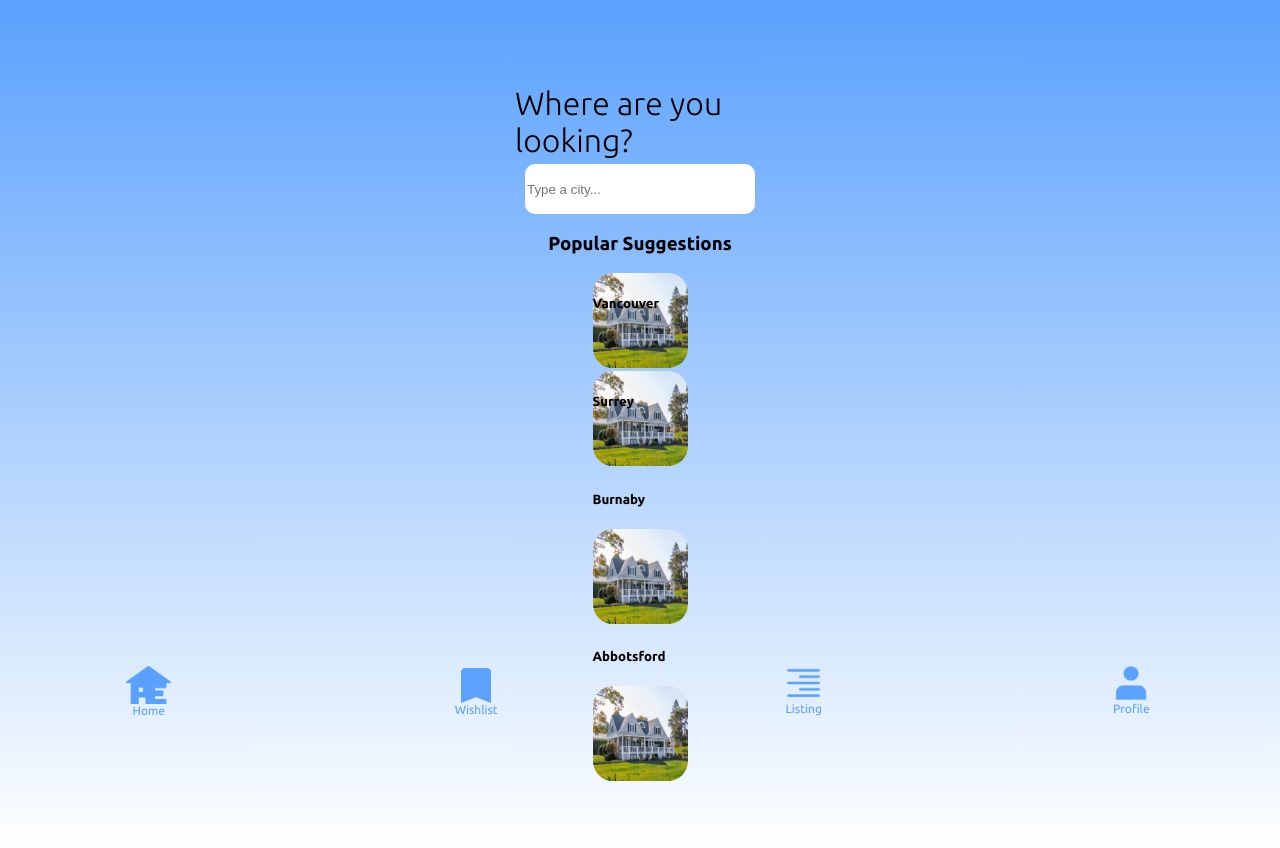
Repository: msyukurrr/realeasy
Page: /listing
These files come from the project's save history. The page is drawn as it stood at one moment and after the next save; the edit follows.
The browser window is 1280 px wide. The pictures show the whole page.
The project was rebuilt for these pictures with package versions that can differ from the ones it lists, and the page was loaded fresh each time. The framework's server and built-in components were replaced by stand-ins that run in the browser. Also part of the build but not shown: next.config.js, components/Button.js.

Above is the page before, as saved 2023-01-27 20:29:26.

After the next save:
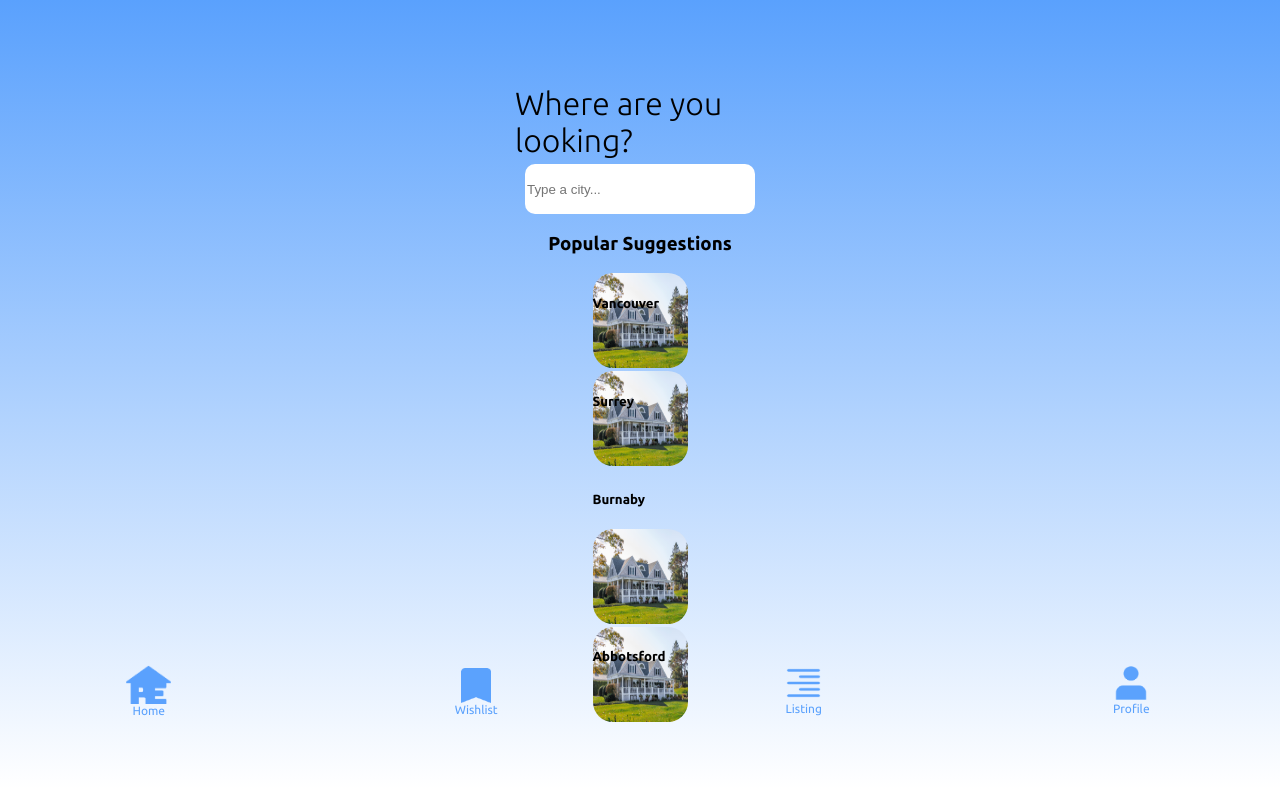
Saved 4 s later.
--- a/pages/listing.js
+++ b/pages/listing.js
@@ -37,7 +37,7 @@ export default function Listing({
         </div>
 
         <div>
-            <h5>Abbotsford</h5>
+            <h5 style={{display:'flex', position:'absolute'}}>Abbotsford</h5>
             <img src="house.png" style={{width:95, height:95, borderRadius:20}}/>
 
         </div>
